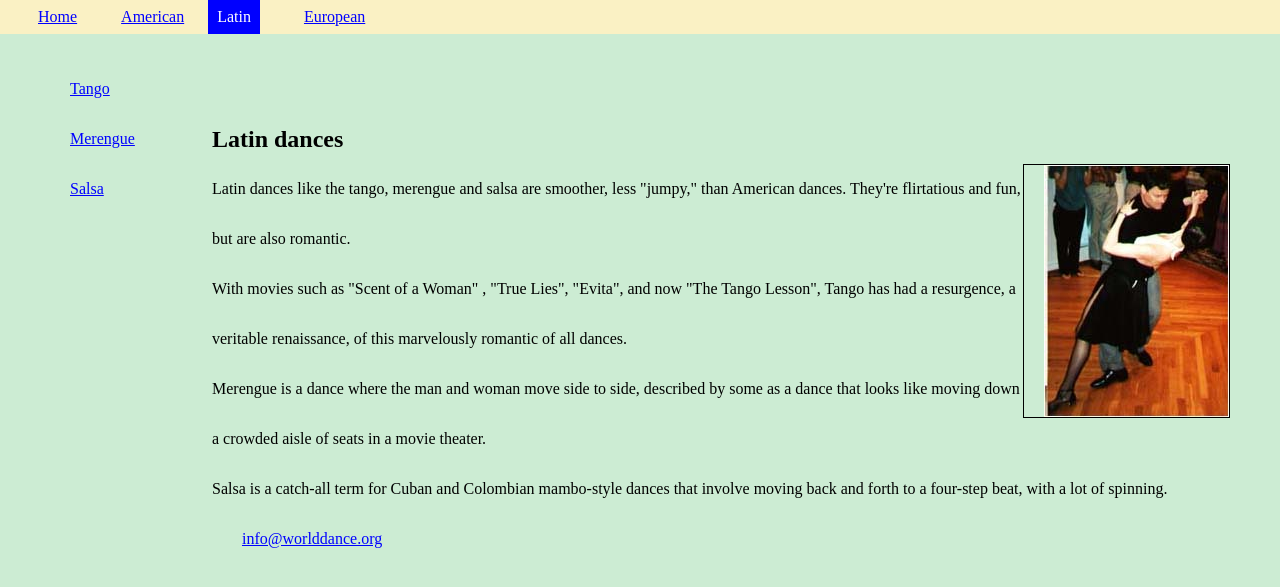
Repository: Helianthusss/Learn-CPP
Page: HTML/Lab-04/Dance/Latin.html
These files come from the project's save history. The page is drawn as it stood at one moment and after the next save; the edit follows.
The browser window is 1280 px wide. The pictures show the whole page.

Above is the page before, as saved 2021-10-16 19:51:16.

After the next save:
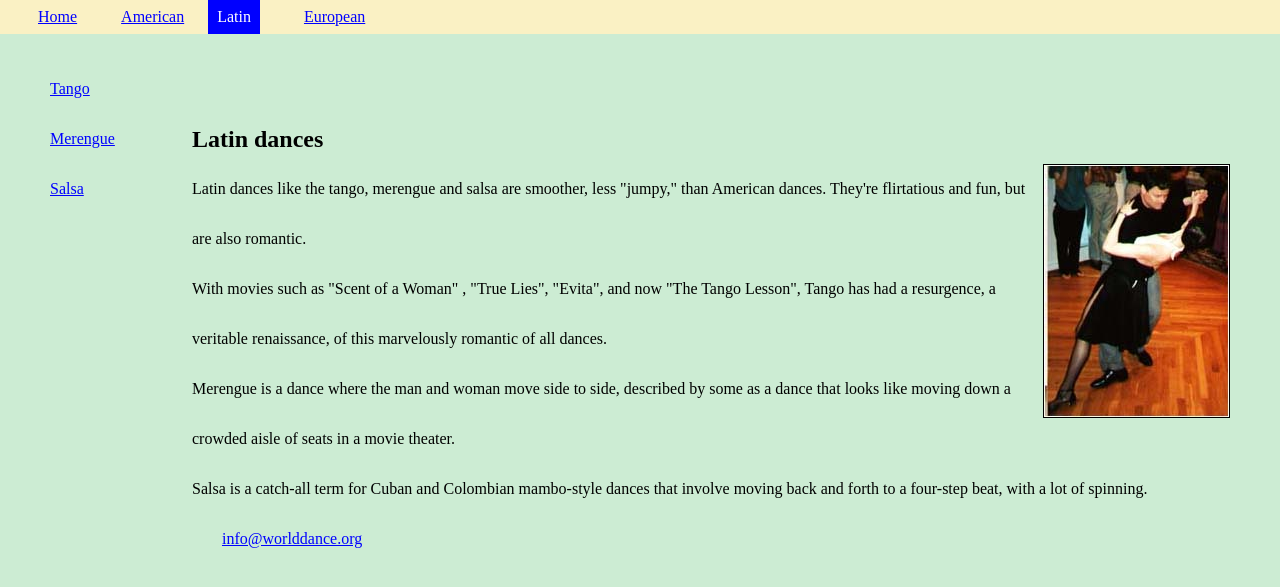
Saved 5 s later.
--- a/HTML/Lab-04/Dance/format.css
+++ b/HTML/Lab-04/Dance/format.css
@@ -57,6 +57,6 @@
 p,
 h3 {
   line-height: 50px;
-  padding-left: 20px;
+
   text-align: left;
 }

After the save that followed:
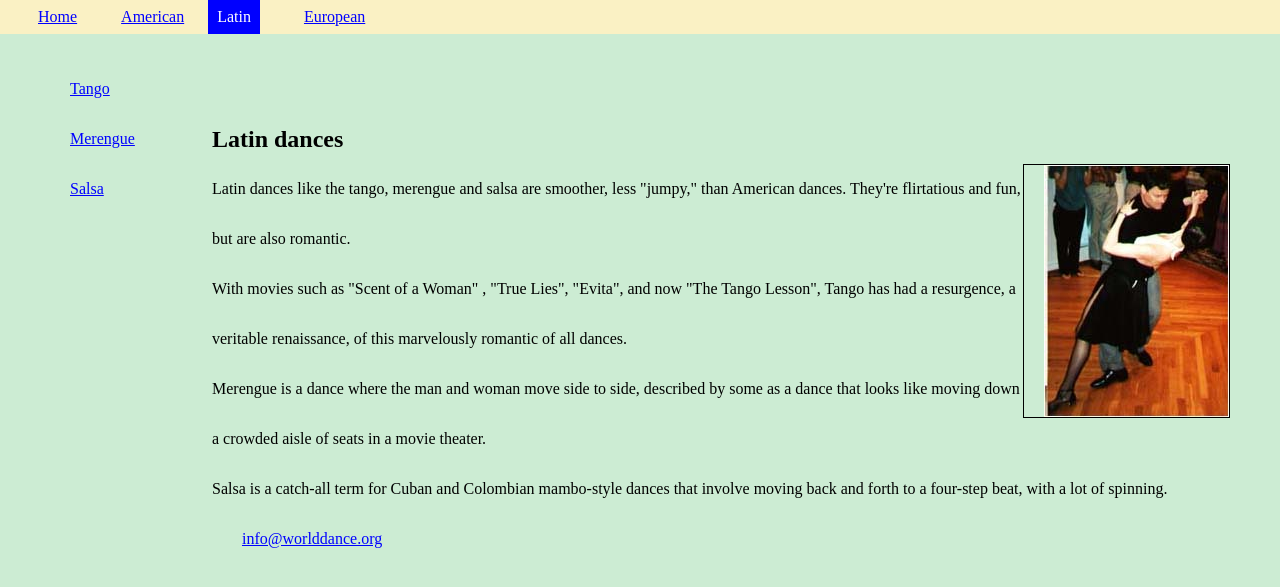
Saved 11 s later.
--- a/HTML/Lab-04/Dance/format.css
+++ b/HTML/Lab-04/Dance/format.css
@@ -57,6 +57,6 @@
 p,
 h3 {
   line-height: 50px;
-
+  padding-left: 20px;
   text-align: left;
 }
